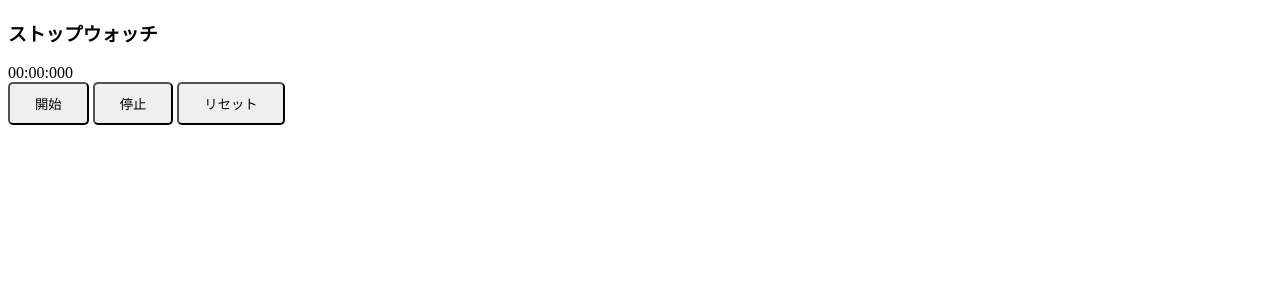
Repository: syokaturyou/potepan
Page: stop.html
The author's editor kept a record of every edit. The page is drawn from the files as they stood at one moment, then again after the next edit.
The browser window is 1280 px wide. The pictures show the whole page.

Above is the page before.

After the next edit:
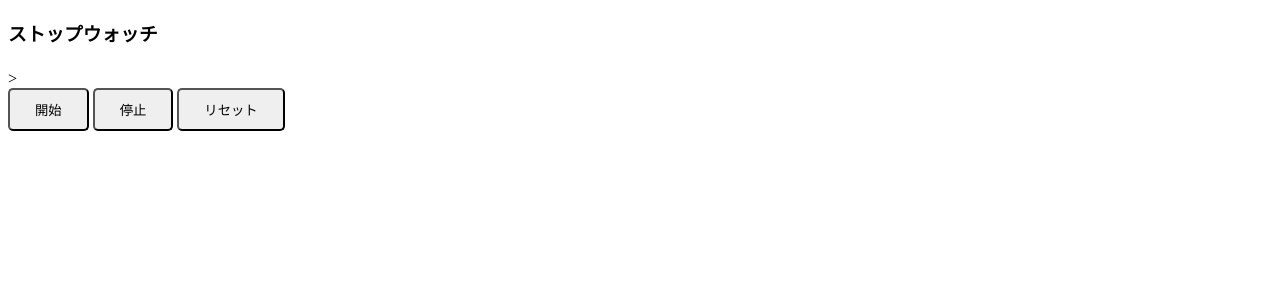
The edit:
--- a/stop.html
+++ b/stop.html
@@ -10,8 +10,12 @@
 
       <body>
         <h3>ストップウォッチ</h3>
-
-          <div id="timer">00:00:000</div>
+        <table>
+          <tr>
+            <td><div id="timer"></div></td>
+          </tr>
+        </table>>
+          <div id="timer"></div>
           <button id="start">開始</button>
           <button id="stop">停止</button>
           <button id="reset">リセット</button>
